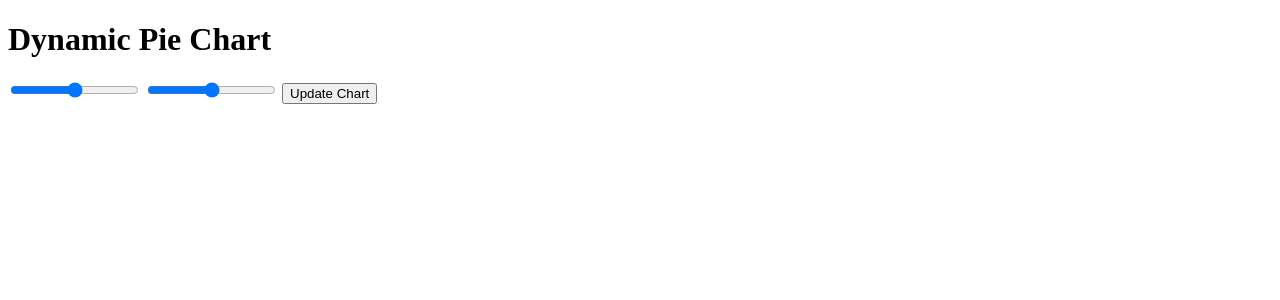
Repository: qtqqrdy13/circle-diogram
Page: index.html
An editor plug-in stored every save of this project. The page is shown before and after the next save, followed by the edit.
The browser window is 1280 px wide. The pictures show the whole page.

Above is the page before, as saved 2024-12-29 14:47:18.

After the next save:
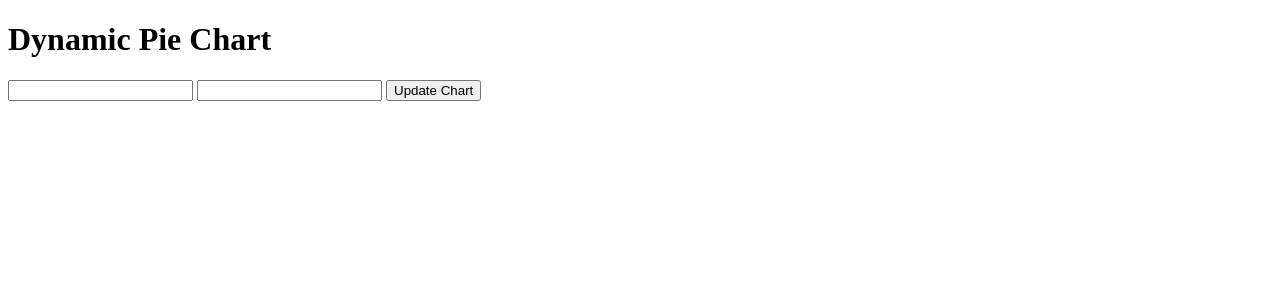
Saved 43 s later.
--- a/index.html
+++ b/index.html
@@ -11,8 +11,8 @@
     <div>
         <div class="global">
             <h1>Dynamic Pie Chart</h1>
-            <input type="range" name="" id="">
-            <input type="range" name="" id="">
+            <input type="number" name="" id="">
+            <input type="number" name="" id="">
             <button id="update">Update Chart</button>
         </div>
         <div id="char"></div>
